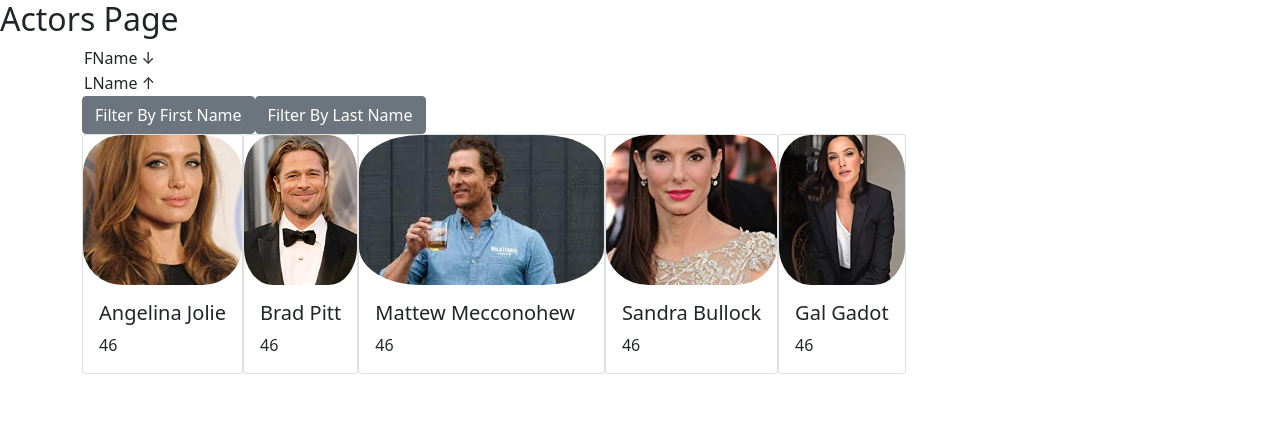
Repository: shuroo/FECourse-react-movieapp
Page: /
The author's editor kept a copy of each file at every save. The page is drawn from the files as they stood at one save, then again after the next save.
The browser window is 1280 px wide. The pictures show the whole page.
The project was rebuilt for these pictures with package versions that can differ from the ones it lists, and the page was loaded fresh each time. Also part of the build but not shown: src/App.css.

Above is the page before, as saved 2021-07-25 19:17:03.

After the next save:
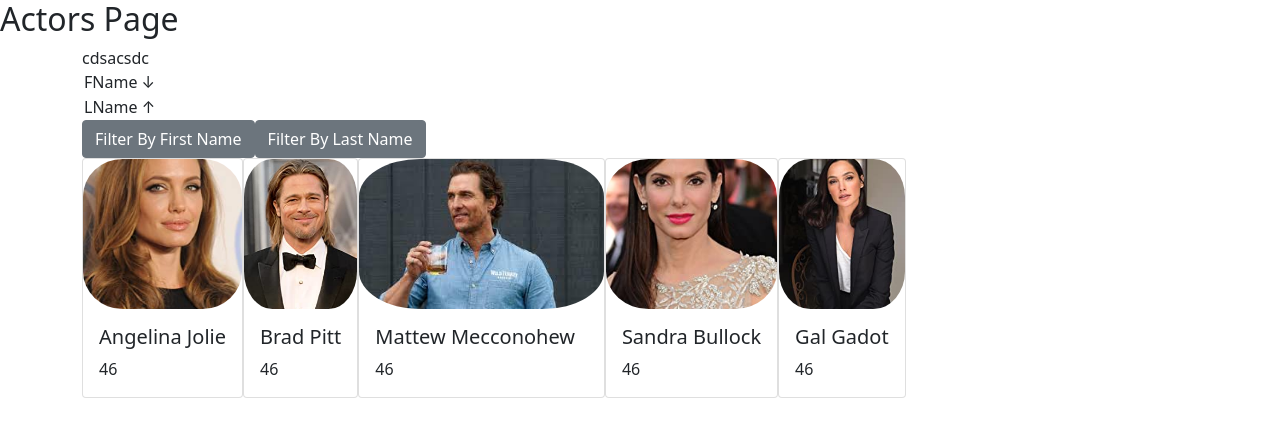
Saved 2 min 37 s later.
--- a/src/components/SortComponent.jsx
+++ b/src/components/SortComponent.jsx
@@ -29,7 +29,7 @@ function SortComponent({sortCriteria, actors, setActors,setSortCriteria}){
     return(
 
 <FormSelect name="sortBy" value={sortCriteria} onChange={sortBy}  >
-
+ cdsacsdc
   <option onSelect={setSortCriteria} value="firstName">FName &#8595;</option>
   <option onSelect={setSortCriteria} value="lastName">LName &#8593;</option>
 </FormSelect>
